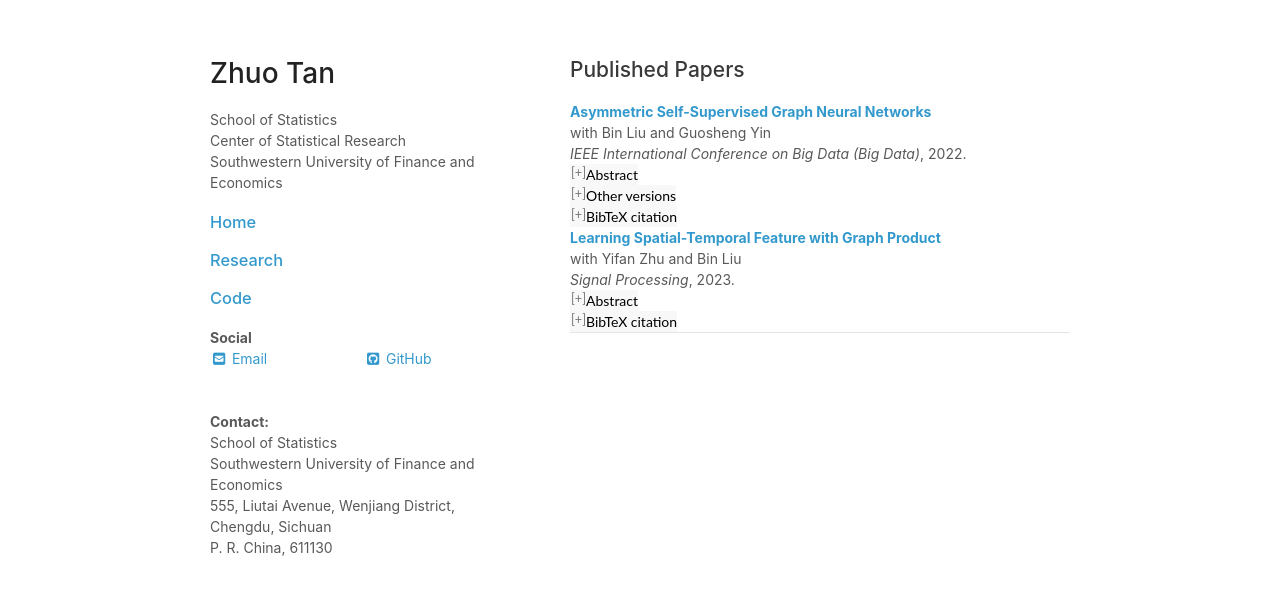
Repository: dfuttu1/dfuttu1.github.io
Page: research.html
The author's editor kept a copy of each file at every save. The page is drawn from the files as they stood at one save, then again after the next save.
The browser window is 1280 px wide. The pictures show the whole page.
Some web libraries are served in a nearby version.

Above is the page before, as saved 2023-08-15 10:01:28.
Not found: stylesheets/github-light.css

After the next save:
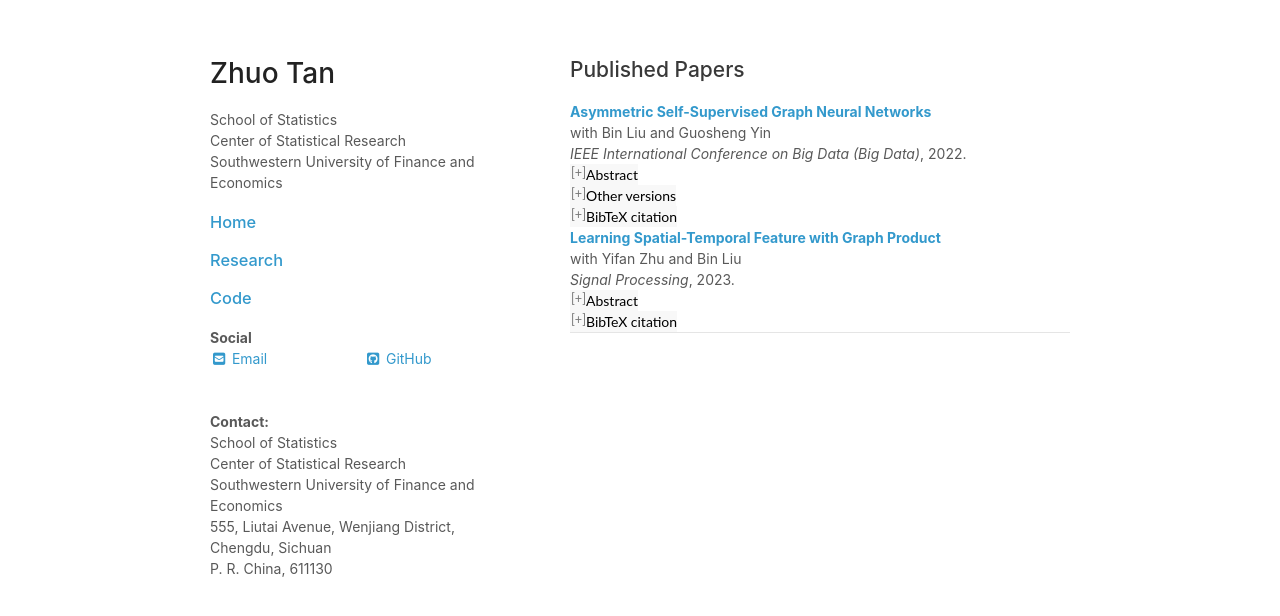
Saved 58 s later.
--- a/research.html
+++ b/research.html
@@ -105,7 +105,7 @@
         </div>
         <br>
 
-    <p><b>Contact:</b><br>School of Statistics<br>Southwestern University of Finance and Economics<br>555, Liutai Avenue, Wenjiang District, Chengdu, Sichuan<br>P. R. China, 611130</p>
+    <p><b>Contact:</b><br>School of Statistics<br>Center of Statistical Research<br>Southwestern University of Finance and Economics<br>555, Liutai Avenue, Wenjiang District, Chengdu, Sichuan<br>P. R. China, 611130</p>
     <!-- <p><small>Hosted on GitHub Pages &mdash; Theme by <a href="https://github.com/dfuttu1">orderedlist</a></small></p> -->
       </header>
 
